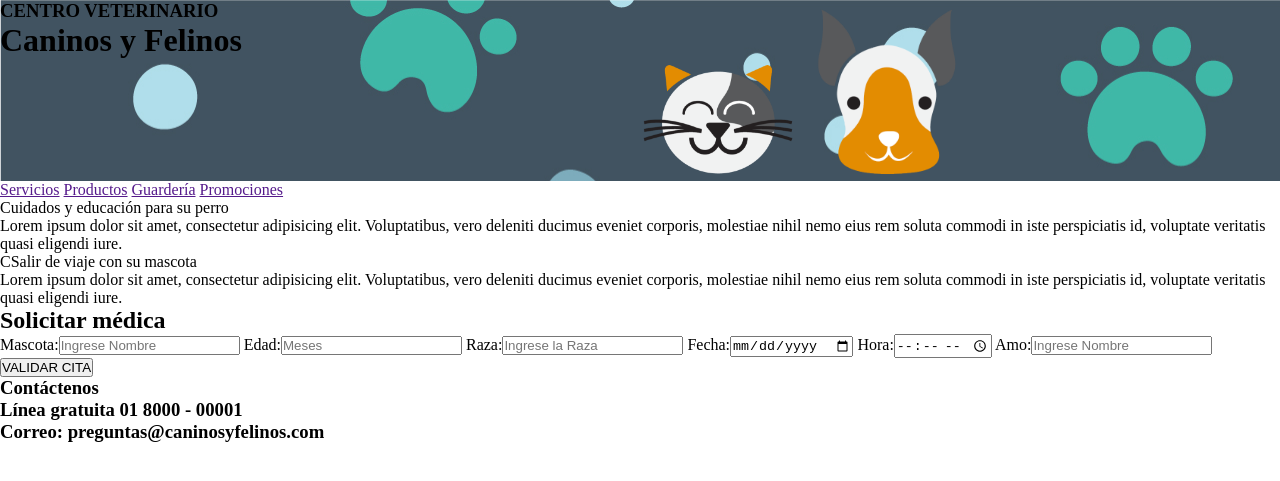
Repository: mariomr87/senaweb01
Page: principal.html
An editor plug-in stored every save of this project. The page is shown before and after the next save, followed by the edit.
The browser window is 1280 px wide. The pictures show the whole page.

Above is the page before, as saved 2021-09-26 19:56:06.

### principal.html
<!DOCTYPE html>
<html lang="en">
<head>
    <meta charset="UTF-8">
    <meta http-equiv="X-UA-Compatible" content="IE=edge">
    <meta name="viewport" content="width=device-width, initial-scale=1.0">
    <link rel="stylesheet" href="estilos.css">
    <title>Document</title>
</head>
<body>
    <div>
        <header>
            <div id="cabecera">
                <div class="header-text">
                    <h3>CENTRO VETERINARIO</h3>
                    <h1>Caninos y Felinos</h1>
                </div>
                <div class="header-text">
                    <img src="./imagenes/cat_white.png" alt="">
                    <img src="./imagenes/dog_white.png" alt="">
                </div>
            </div>
        </header>
        <nav>
            <td>
                <tr><a href="">Servicios</a></tr>
                <tr><a href="">Productos</a></tr>
                <tr><a href="">Guardería</a></tr>
                <tr><a href="">Promociones</a></tr>
            </td>
        </nav>
        <section>
            <article>
                <p>Cuidados y educación para su perro</p>
                <p>Lorem ipsum dolor sit amet, consectetur adipisicing elit. Voluptatibus, vero deleniti ducimus eveniet corporis, molestiae nihil nemo eius rem soluta commodi in iste perspiciatis id, voluptate veritatis quasi eligendi iure.</p>
            </article>
            <article>
                <p>CSalir de viaje con su mascota</p>
                <p>Lorem ipsum dolor sit amet, consectetur adipisicing elit. Voluptatibus, vero deleniti ducimus eveniet corporis, molestiae nihil nemo eius rem soluta commodi in iste perspiciatis id, voluptate veritatis quasi eligendi iure.</p>
            </article>
        </section>
        <aside>
            <form action="">
                <div><h2>Solicitar médica</h2></div>
                <div>
                    <label for="mascota_name">Mascota:</label><input type="text" placeholder="Ingrese Nombre" id="">
                    <label for="age_pet">Edad:</label><input type="number" name="" id="" placeholder="Meses">
                    <label for="raza_pet">Raza:</label><input type="text" name="" id="" placeholder="Ingrese la Raza">
                    <label for="fecha_ingreso_pet">Fecha:</label><input type="date" name="" id="">
                    <label for="hora_ingreso_pet">Hora:</label><input type="time" name="" id="">
                    <label for="amo_pet">Amo:</label><input type="text" name="" id="" placeholder="Ingrese Nombre">
                    <button type="submit">VALIDAR CITA</button>
                </div>
            </form>
        </aside>
        <footer>
            <h3>Contáctenos</h3>
            <h3>Línea gratuita 01 8000 - 00001</h3>
            <h3>Correo: preguntas@caninosyfelinos.com</h3>
        </footer>
    </div>
</body>
</html>

### estilos.css
*{
    margin: 0px;
    padding: 0px;
}

header div img{
    width: 25%;
}

header{

}

#cabecera{
    background-image: url("./imagenes/OPSEG70.jpg");
    background-repeat: initial;
    width: 100%;
    display: flex;


}

.header-text{

    width:50%;
}

After the next save:
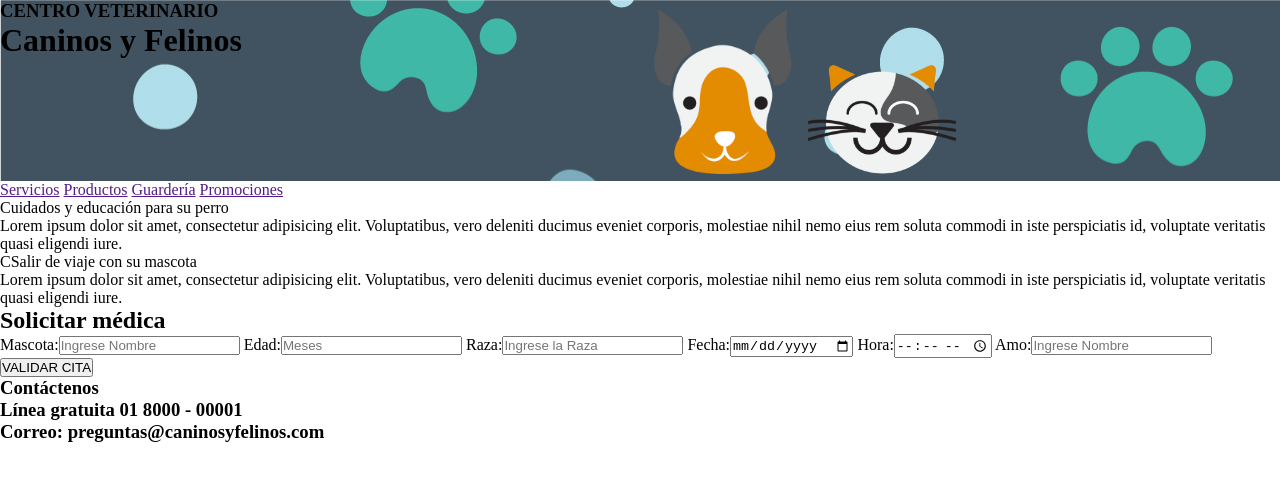
Saved 45 s later.
--- a/principal.html
+++ b/principal.html
@@ -16,8 +16,8 @@
                     <h1>Caninos y Felinos</h1>
                 </div>
                 <div class="header-text">
+                    <img src="./imagenes/dog_white.png" alt="">
                     <img src="./imagenes/cat_white.png" alt="">
-                    <img src="./imagenes/dog_white.png" alt="">
                 </div>
             </div>
         </header>
